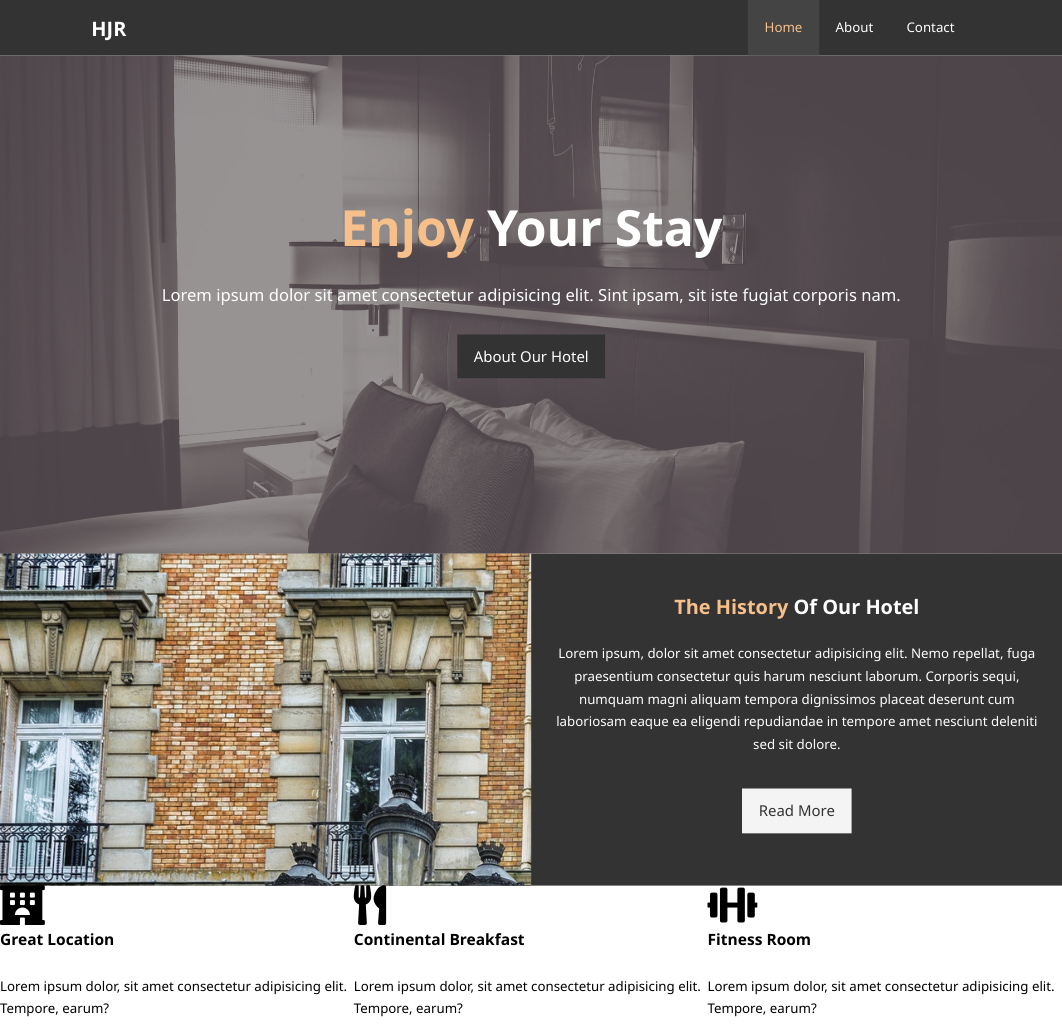
Repository: dimlutine/Hotel-Project
Page: index.html
The author's editor kept a copy of each file at every save. The page is drawn from the files as they stood at one save, then again after the next save.
The browser window is 1280 px wide. The pictures show the whole page, at 83% of full size.
Some web libraries are served in a nearby version.

Above is the page before, as saved 2019-07-05 22:33:19.

After the next save:
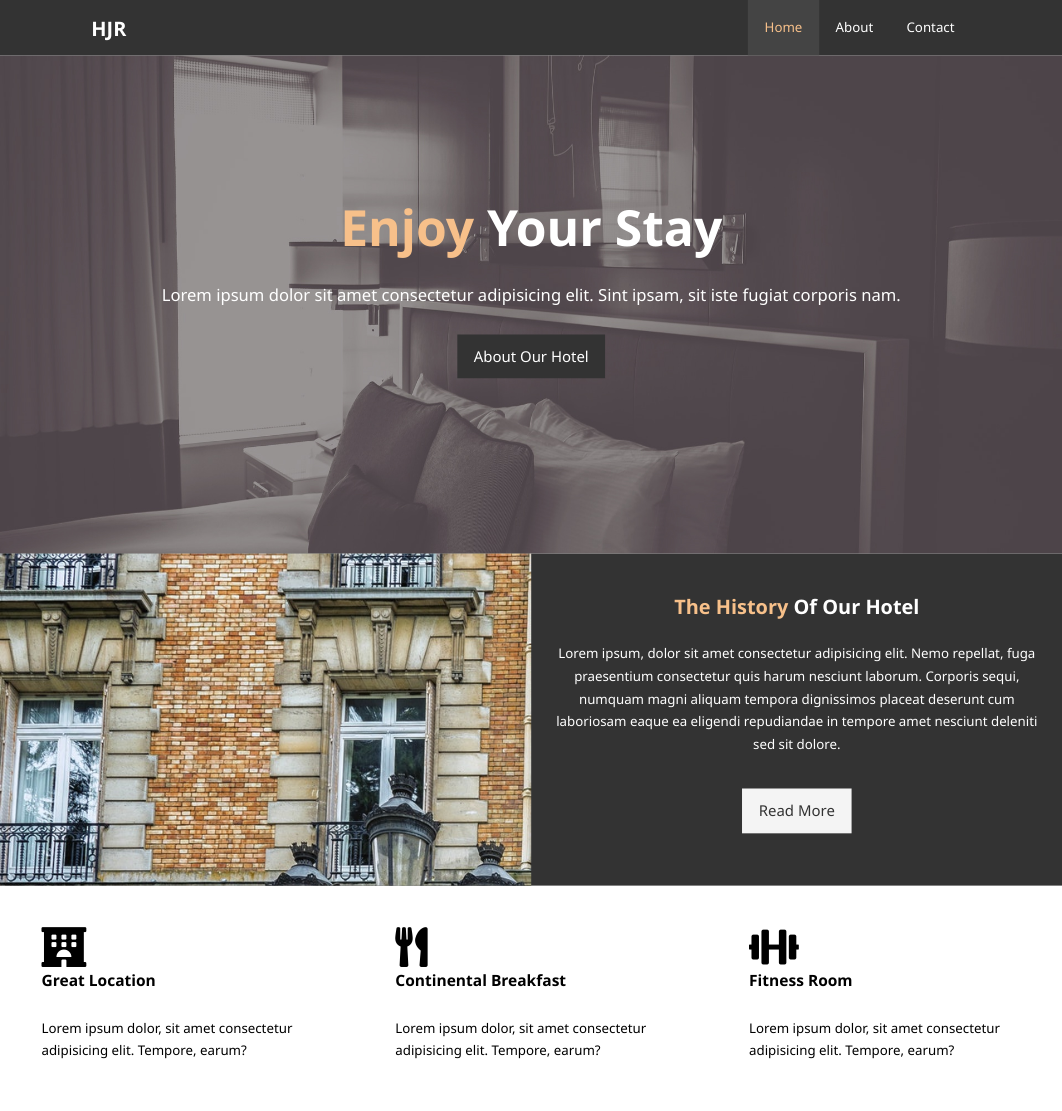
Saved 17 s later.
--- a/css/style.css
+++ b/css/style.css
@@ -171,4 +171,5 @@ p {
 .box {
     float: left;
     width: 33.3%;
+    padding: 50px;
 }
